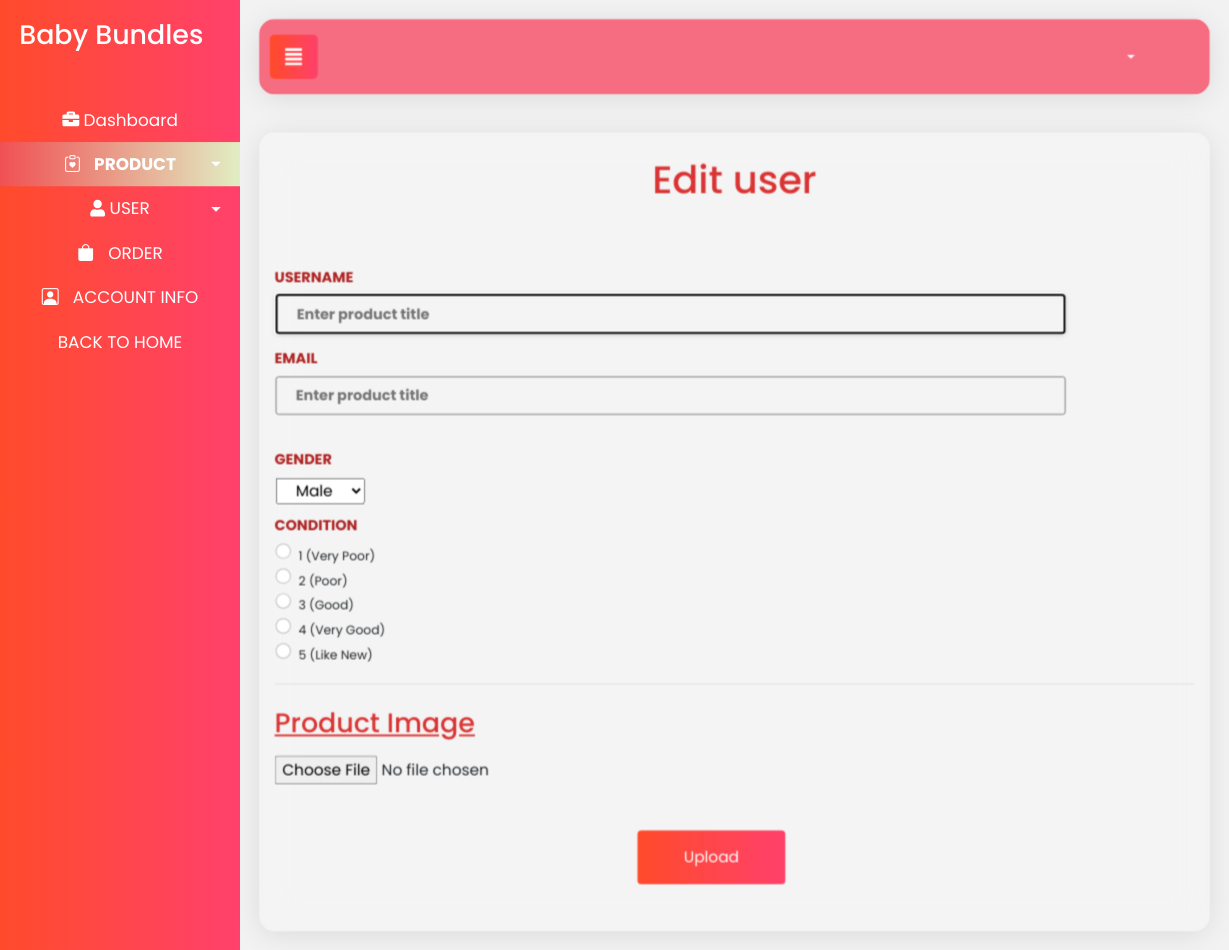
Repository: jiahow99/Baby-Bundles-University
Page: http://localhost/admin-edituser.php
The author's editor kept a copy of each file at every save. The page is drawn from the files as they stood at one save, then again after the next save.
The browser window is 1280 px wide. The pictures show the whole page, at 96% of full size.
Some web libraries are served in a nearby version. The page is run by PHP 8.4 with error messages shown; the project is at /var/www/html/.

Above is the page before, as saved 2022-11-25 00:59:46.

### admin-edituser.php
<!DOCTYPE html>
<html>

<head>
    <meta charset="utf-8">
    <meta name="viewport" content="width=device-width, initial-scale=1.0">
    <meta http-equiv="X-UA-Compatible" content="IE=edge">

    <title>Admin-Product</title>

    <!-- Bootstrap CSS CDN -->
    <link rel="stylesheet" href="https://stackpath.bootstrapcdn.com/bootstrap/4.1.0/css/bootstrap.min.css" integrity="sha384-9gVQ4dYFwwWSjIDZnLEWnxCjeSWFphJiwGPXr1jddIhOegiu1FwO5qRGvFXOdJZ4" crossorigin="anonymous">
    <!-- Our Custom CSS -->
    <link rel="stylesheet" href="css/admin.style.css">

    <!-- Font Awesome JS -->
    <script defer src="https://use.fontawesome.com/releases/v5.0.13/js/solid.js" integrity="sha384-tzzSw1/Vo+0N5UhStP3bvwWPq+uvzCMfrN1fEFe+xBmv1C/AtVX5K0uZtmcHitFZ" crossorigin="anonymous"></script>
    <script defer src="https://use.fontawesome.com/releases/v5.0.13/js/fontawesome.js" integrity="sha384-6OIrr52G08NpOFSZdxxz1xdNSndlD4vdcf/q2myIUVO0VsqaGHJsB0RaBE01VTOY" crossorigin="anonymous"></script>
    <!-- Bootstrap Icon -->
    <link rel="stylesheet" href="https://cdn.jsdelivr.net/npm/bootstrap-icons@1.3.0/font/bootstrap-icons.css">
    <!-- JQuery -->
    <script src="https://code.jquery.com/jquery-3.5.1.min.js"></script>
    <!-- Bootstrap Icon -->
    <link rel="stylesheet" href="https://cdn.jsdelivr.net/npm/bootstrap-icons@1.9.1/font/bootstrap-icons.css" integrity="sha384-xeJqLiuOvjUBq3iGOjvSQSIlwrpqjSHXpduPd6rQpuiM3f5/ijby8pCsnbu5S81n" crossorigin="anonymous">
    <!-- JavaScript Bundle with Popper -->
    <script src="https://cdn.jsdelivr.net/npm/bootstrap@5.2.3/dist/js/bootstrap.bundle.min.js" integrity="sha384-kenU1KFdBIe4zVF0s0G1M5b4hcpxyD9F7jL+jjXkk+Q2h455rYXK/7HAuoJl+0I4" crossorigin="anonymous"></script>
    <link href="http://cdnjs.cloudflare.com/ajax/libs/font-awesome/4.3.0/css/font-awesome.css" rel="stylesheet"  type='text/css'>


</head>

<body>

    <div class="wrapper">
        <!-- Sidebar  -->
        <?php require 'admin-sidebar.php' ?>

        <!-- Page Content  -->
        <div id="content" style="background-color:#F2F2F2">
            <?php require 'admin-topnavbar.php' ?>

            <form class="container glass" id="edit-product">
                <div class="row justify-content-center mt-4 mb-3">
                   <h1 style="color:#da3333">Edit user</h1>
                </div>
                <div class="row mt-5">
                    <label for="" class="name text-uppercase col-12">Username</label>
                    <input class="input--style-6 col-10 ml-3" type="text" name="title" placeholder="Enter product title" required autofocus>
                </div>

                <div class="row mb-4">
                    <label for="" class="name text-uppercase col-12">Email</label>
                    <input class="input--style-6 col-10 ml-3" type="text" name="title" placeholder="Enter product title" required autofocus>
                </div>

                <div class="row">
                    <label for="" class="name text-uppercase col-12">Gender</label>
                    <select class="ml-3 px-3" name="gender" id="gender">
                        <option value="male">Male</option>
                        <option value="female">Male</option>
                    </select>
                </div>

                <div class="row">
                            <!-- Product Condition -->
                            <label for="" class="name text-uppercase col-12">Condition</label>
                                <div class="value ml-3">
                                    <div class="form-check form-check-inline">
                                        <input class="form-check-input" type="radio" name="condition" id="inlineRadio1" value="1">
                                        <label class="form-check-label small" for="inlineRadio1">1 (Very Poor)</label>
                                    </div>
                                    <div class="form-check form-check-inline">
                                        <input class="form-check-input" type="radio" name="condition" id="inlineRadio2" value="2">
                                        <label class="form-check-label small" for="inlineRadio2">2 (Poor)</label>
                                    </div>
                                    <div class="form-check form-check-inline">
                                        <input class="form-check-input" type="radio" name="condition" id="inlineRadio3" value="3">
                                        <label class="form-check-label small" for="inlineRadio3">3 (Good)</label>
                                    </div>
                                    <div class="form-check form-check-inline">
                                        <input class="form-check-input" type="radio" name="condition" id="inlineRadio4" value="4">
                                        <label class="form-check-label small" for="inlineRadio4">4 (Very Good)</label>
                                    </div>
                                    <div class="form-check form-check-inline">
                                        <input class="form-check-input" type="radio" name="condition" id="inlineRadio5" value="5">
                                        <label class="form-check-label small" for="inlineRadio5">5 (Like New)</label>
                                    </div>
                            </div>
                        </div>


                <hr>

                <h3 style="color:#da3333;text-decoration: underline;" class="mb-3 mt-4">Product Image</h3>
                <input type="file" name="image" id="">

                <div class="row justify-content-center my-5 ">
                    <button class="btn btn-primary px-5 py-3 mr-5" type="submit">Upload</button>
                </div>

            </form>
    </div>

    <!-- Popper.JS -->
    <script src="https://cdnjs.cloudflare.com/ajax/libs/popper.js/1.14.0/umd/popper.min.js" integrity="sha384-cs/chFZiN24E4KMATLdqdvsezGxaGsi4hLGOzlXwp5UZB1LY//20VyM2taTB4QvJ" crossorigin="anonymous"></script>
    <!-- Bootstrap JS -->
    <script src="https://stackpath.bootstrapcdn.com/bootstrap/4.1.0/js/bootstrap.min.js" integrity="sha384-uefMccjFJAIv6A+rW+L4AHf99KvxDjWSu1z9VI8SKNVmz4sk7buKt/6v9KI65qnm" crossorigin="anonymous"></script>

    <script type="text/javascript">
        $(document).ready(function () {
            $('#sidebarCollapse').on('click', function () {
                $('#sidebar').toggleClass('active');
                $('#dashboardlabel').toggleClass('d-none');
                $('#userlabel').toggleClass('d-none');
                $('#productlabel').toggleClass('d-none');
                $('#orderlabel').toggleClass('d-none');
                $('#accountlabel').toggleClass('d-none');
                $('#logoutlabel').toggleClass('d-none');
            });
        });
    </script>
</body>

</html>

### admin-sidebar.php
<!-- Sidebar  -->
<nav id="sidebar">
    <div class="sidebar-header">
        <h3>Baby Bundles</h3>
        <strong>BS</strong>
    </div>

    <ul class="list-unstyled components">
        <!-- Dashboard -->
        <li id="sidebar-dashboard">
            <a href="admin-dashboard.php">
                <i class="fas fa-briefcase"></i>
                <span id="dashboardlabel">Dashboard</span>
            </a>
        </li>
        <!-- Product -->
        <li id="sidebar-product">
            <a href="#homeSubmenu" data-toggle="collapse" aria-expanded="false" class="dropdown-toggle">
                <i class="bi bi-clipboard-heart"></i>
                <span id="productlabel">PRODUCT</span>
            </a>
            <ul class="collapse list-unstyled" id="homeSubmenu">
                <li>
                    <a href="admin-addproduct.php">ADD PRODUCT</a>
                </li>
                <li>
                    <a href="admin-viewproduct.php">DELETE PRODUCT</a>
                </li>
                <li>
                    <a href="admin-viewproduct.php">VIEW ALL</a>
                </li>
            </ul>
        </li>
        <!-- User -->
        <li id="sidebar-user">
            <a href="#pageSubmenu" data-toggle="collapse" aria-expanded="false" class="dropdown-toggle">
            <i class="fas fa-solid fa-user"></i>
                <span id="userlabel">USER</span>
            </a>
            <ul class="collapse list-unstyled" id="pageSubmenu">
                <li>
                    <a href="admin-viewuser.php">DELETE USER</a>
                </li>
                <li>
                    <a href="admin-viewuser.php">VIEW USERS</a>
                </li>
            </ul>
        </li>
        <!-- Order -->
        <li id="sidebar-order">
            <a href="admin-vieworder.php">
            <i class="bi bi-bag-fill"></i>
                <span id="orderlabel">ORDER</span>
            </a>
        </li>
        <!-- Account Info -->
        <li>
            <a href="account-info.php">
                <i class="bi bi-person-square"></i>
                <span id="accountlabel">ACCOUNT INFO</span>
            </a>
        </li>
        <!-- Back to home -->
        <li>
            <a href="index.php">
                <span id="logoutlabel">BACK TO HOME</span>
            </a>
        </li>
    </ul>
</nav>

<script>

  // Add 'active' class to navigation
  function activeNav(id){
    var nav = document.getElementById(id);
    nav.classList.add('active');
  }

  var title = document.title;

  switch(title){
    case 'Admin-Product':
      activeNav('sidebar-product');
      break;
    case 'Admin-User':
      activeNav('sidebar-user');
      break;
    case 'Admin-Order':
      activeNav('sidebar-order');
      break;
    case 'Admin-Dashboard':
      activeNav('sidebar-dashboard');
      break;
  }
</script>

### admin-topnavbar.php
<nav class="navbar navbar-expand-lg navbar-light bg-admin">
    <div class="container-fluid pl-0">

        <button type="button" id="sidebarCollapse" class="btn-lg btn-primary">
            <i class="fas fa-align-justify"></i>
            <!-- <span>Toggle Sidebar</span> -->
        </button>
        <button class="btn btn-dark d-inline-block d-lg-none ml-auto" type="button" data-toggle="collapse" data-target="#navbarSupportedContent" aria-controls="navbarSupportedContent" aria-expanded="false" aria-label="Toggle navigation">
            <i class="fas fa-align-justify"></i>
        </button>

        <div class="collapse navbar-collapse" id="navbarSupportedContent">
            <ul class="nav navbar-nav ml-auto">
                <li class="nav-item dropdown mx-lg-3 col-2 col-lg-1" >
                    <a href="#" class="nav-link dropdown-toggle user-account text-white" id="userDropdownMenuLink" data-bs-toggle="dropdown" aria-haspopup="true" aria-expanded="false">
                    <?php
                    // Username
                    if(isset($_COOKIE['username'])){
                        echo $_COOKIE['username'];
                    }
                    ?>
                    </a>
                    <div class="dropdown-menu text-sm " aria-labelledby="userDropdownMenuLink">
                        <a href="account-info.php" class="dropdown-item">Account</a>
                        <a href="index.php" class="dropdown-item">Back to home</a>
                        <a href="logout.php" class="dropdown-item">Logout</a>
                    </div>
                </li>
            </ul>
        </div>
    </div>
</nav>

### css/admin.style.css
/*
    DEMO STYLE
*/

@import "https://fonts.googleapis.com/css?family=Poppins:300,400,500,600,700";

body {
    font-family: 'Poppins', sans-serif;
    background: #fafafa;
}

p {
    font-family: 'Poppins', sans-serif;
    font-size: 1.1em;
    font-weight: 300;
    line-height: 1.7em;
    color: #999;
}

a,
a:hover,
a:focus {
    color: inherit;
    text-decoration: none;
    transition: all 0.3s;
}

.navbar {
    padding: 15px 10px;
    background: #fff;
    border: none;
    border-radius: 0;
    margin-bottom: 40px;
    box-shadow: 1px 1px 3px rgba(0, 0, 0, 0.1);
}

.navbar-btn {
    box-shadow: none;
    outline: none !important;
    border: none;
}

.line {
    width: 100%;
    height: 1px;
    border-bottom: 1px dashed #ddd;
    margin: 40px 0;
}

i,
span {
    display: inline-block;
}

/* ---------------------------------------------------
    SIDEBAR STYLE
----------------------------------------------------- */

.wrapper {
    display: flex;
    align-items: stretch;
}

#sidebar {
    min-width: 250px;
    max-width: 250px;
    background: #FF416C;  /* fallback for old browsers */
    background: -webkit-linear-gradient(to right, #FF4B2B, #FF416C);  /* Chrome 10-25, Safari 5.1-6 */
    background: linear-gradient(to right, #FF4B2B, #FF416C); /* W3C, IE 10+/ Edge, Firefox 16+, Chrome 26+, Opera 12+, Safari 7+ */
    color: #fff;
    transition: all 0.3s;
}

#sidebar.active {
    min-width: 80px;
    max-width: 80px;
    text-align: center;
}

#sidebar.active .sidebar-header h3,
#sidebar.active .CTAs {
    display: none;
}

#sidebar.active .sidebar-header strong {
    display: block;
}

#sidebar ul li a {
    text-align: left;
}

#sidebar.active ul li a {
    padding: 20px 10px;
    text-align: center;
    font-size: 0.85em;
}

#sidebar.active ul li a i {
    margin-right: 0;
    display: block;
    font-size: 1.8em;
    margin-bottom: 5px;
}

#sidebar.active ul ul a {
    padding: 10px !important;
}

#sidebar.active .dropdown-toggle::after {
    top: auto;
    bottom: 10px;
    right: 50%;
    -webkit-transform: translateX(50%);
    -ms-transform: translateX(50%);
    transform: translateX(50%);
}

#sidebar .sidebar-header {
    padding: 20px;
    background: #FF416C;  /* fallback for old browsers */
    background: -webkit-linear-gradient(to right, #FF4B2B, #FF416C);  /* Chrome 10-25, Safari 5.1-6 */
    background: linear-gradient(to right, #FF4B2B, #FF416C); /* W3C, IE 10+/ Edge, Firefox 16+, Chrome 26+, Opera 12+, Safari 7+ */
}

#sidebar .sidebar-header strong {
    display: none;
    font-size: 1.8em;
}

#sidebar ul.components {
    padding: 20px 0;
}

#sidebar ul li a {
    padding: 10px;
    font-size: 1.1em;
    display: block;
    text-align: center;
}

#sidebar ul li a:hover {
    color: #dc1522;
    background: #fff;
    font-weight: bolder;
}

#sidebar ul li a i {
    margin-right: 10px;
}

#sidebar ul li.active>a,
a[aria-expanded="true"] {
    color: #fff;
    background: #e1eec3;  /* fallback for old browsers */
    background: -webkit-linear-gradient(to right, #f05053, #e1eec3);  /* Chrome 10-25, Safari 5.1-6 */
    background: linear-gradient(to right, #f05053, #e1eec3); /* W3C, IE 10+/ Edge, Firefox 16+, Chrome 26+, Opera 12+, Safari 7+ */
    font-weight: bolder;
}

a[data-toggle="collapse"] {
    position: relative;
}

.dropdown-toggle::after {
    display: block;
    position: absolute;
    top: 50%;
    right: 20px;
    transform: translateY(-50%);
}

ul ul a {
    font-size: 0.9em !important;
    padding-left: 30px !important;
    background: #6d7fcc;
}

ul.CTAs {
    padding: 20px;
}

ul.CTAs a {
    text-align: center;
    font-size: 0.9em !important;
    display: block;
    border-radius: 5px;
    margin-bottom: 5px;
}

a.download {
    background: #fff;
    color: #7386D5;
}

a.article,
a.article:hover {
    background: #6d7fcc !important;
    color: #fff !important;
}

/* ---------------------------------------------------
    CONTENT STYLE
----------------------------------------------------- */

#content {
    width: 100%;
    padding: 20px;
    min-height: 100vh;
    transition: all 0.3s;
}

/* ---------------------------------------------------
    MEDIAQUERIES
----------------------------------------------------- */

@media (max-width: 768px) {
    #sidebar {
        min-width: 80px;
        max-width: 80px;
        text-align: center;
        margin-left: -80px !important;
    }
    .dropdown-toggle::after {
        top: auto;
        bottom: 10px;
        right: 50%;
        -webkit-transform: translateX(50%);
        -ms-transform: translateX(50%);
        transform: translateX(50%);
    }
    #sidebar.active {
        margin-left: 0 !important;
    }
    #sidebar .sidebar-header h3,
    #sidebar .CTAs {
        display: none;
    }
    #sidebar .sidebar-header strong {
        display: block;
    }
    #sidebar ul li a {
        padding: 20px 10px;
    }
    #sidebar ul li a span {
        font-size: 0.85em;
    }
    #sidebar ul li a i {
        margin-right: 0;
        display: block;
    }
    #sidebar ul ul a {
        padding: 10px !important;
    }
    #sidebar ul li a i {
        font-size: 1.3em;
    }
    #sidebar {
        margin-left: 0;
    }
    #sidebarCollapse span {
        display: none;
    }
}

#homeSubmenu li a,#pageSubmenu li a{
    background: #ED213A;  /* fallback for old browsers */
    background: -webkit-linear-gradient(to right, #93291E, #ED213A);  /* Chrome 10-25, Safari 5.1-6 */
    background: linear-gradient(to right, #93291E, #ED213A); /* W3C, IE 10+/ Edge, Firefox 16+, Chrome 26+, Opera 12+, Safari 7+ */



}

.btn-primary{
    background: #ffffff;  /* fallback for old browsers */
    background: -webkit-linear-gradient(to right, #FF4B2B, #FF416C);  /* Chrome 10-25, Safari 5.1-6 */
    background: linear-gradient(to right, #FF4B2B, #FF416C); /* W3C, IE 10+/ Edge, Firefox 16+, Chrome 26+, Opera 12+, Safari 7+ */
    border: 0;
    cursor: pointer;
}

.glass{
/* From https://css.glass */
background: rgba(255, 255, 255, 0.18);
border-radius: 16px;
box-shadow: 0 4px 30px rgba(0, 0, 0, 0.1);
backdrop-filter: blur(20px);
-webkit-backdrop-filter: blur(20px);
border: 1px solid rgba(255, 255, 255, 0.13);
}

.input--style-6, .textarea--style-6 {
    background: transparent;
    line-height: 38px;
    border: 1px solid #7b7676;
    -webkit-border-radius: 3px;
    -moz-border-radius: 3px;
    border-radius: 3px;
    color: #666;
    font-size: 15px;
    font-weight: bold;
    -webkit-transition: all 0.4s ease;
    -o-transition: all 0.4s ease;
    -moz-transition: all 0.4s ease;
    transition: all 0.4s ease;
    padding: 0 20px;
}

.input--style-6:focus,
.textarea--style-6:focus {
  -webkit-box-shadow: 0px 1px 5px 0px rgba(0, 0, 0, 0.15);
  -moz-box-shadow: 0px 1px 5px 0px rgba(0, 0, 0, 0.15);
  box-shadow: 0px 1px 5px 0px rgba(0, 0, 0, 0.15);
  -webkit-transform: translateY(-3px);
  -moz-transform: translateY(-3px);
  -ms-transform: translateY(-3px);
  -o-transform: translateY(-3px);
  transform: translateY(-3px);
  border: 2px solid #7b7676;

}

.name{
    width: 188px;
  color: rgb(175, 33, 33);
  font-size: 15px;
  font-weight: 700;
  margin-top: 11px;
  font-family: "Poppins", sans-serif;
}

.form-check {
    display: block;
    min-height: 1.5rem;
    padding-left: 1.5em;
    margin-bottom: 0.125rem;
}

.form-check .form-check-input {
float: left;
margin-left: -1.5em;
}

.form-check-input {
width: 1em;
height: 1em;
margin-top: 0.25em;
vertical-align: top;
background-color: #fff;
background-repeat: no-repeat;
background-position: center;
background-size: contain;
border: 1px solid rgba(0, 0, 0, 0.25);
-webkit-appearance: none;
-moz-appearance: none;
appearance: none;
-webkit-print-color-adjust: exact;
color-adjust: exact;
}

.form-check-input[type="checkbox"] {
border-radius: 0.25em;
}

.form-check-input[type="radio"] {
border-radius: 50%;
}

.form-check-input:active {
filter: brightness(90%);
}

.form-check-input:focus {
border-color: #ed9999;
outline: 0;
box-shadow: 0 0 0 0.25rem rgba(218, 51, 51, 0.25);
}

.form-check-input:checked {
background-color: #da3333;
border-color: #da3333;
}

.form-check-input:checked[type="checkbox"] {
background-image: url("data:[embedded picture, 214 characters]");
}

.form-check-input:checked[type="radio"] {
background-image: url("data:[embedded picture, 126 characters]");
}

.form-check-input[type="checkbox"]:indeterminate {
background-color: #da3333;
border-color: #da3333;
background-image: url("data:[embedded picture, 208 characters]");
}

.form-check-input:disabled {
pointer-events: none;
filter: none;
opacity: 0.5;
}

.form-check-input[disabled] ~ .form-check-label, .form-check-input:disabled ~ .form-check-label {
opacity: 0.5;
}

.form-switch {
padding-left: 2.5em;
}

.form-switch .form-check-input {
width: 2em;
margin-left: -2.5em;
background-image: url("data:[embedded picture, 143 characters]");
background-position: left center;
border-radius: 2em;
transition: background-position 0.15s ease-in-out;
}

.user{
    color: black;
    font-weight: bold;
}

.user-row{
    border: 1px solid black;
}

.bg-admin{
/* From https://css.glass */
background: rgba(248, 40, 70, 0.66);
border-radius: 16px;
box-shadow: 0 4px 30px rgba(0, 0, 0, 0.1);
backdrop-filter: blur(6.9px);
-webkit-backdrop-filter: blur(6.9px);
border: 1px solid rgba(248, 40, 70, 0.3);
}

After the next save:
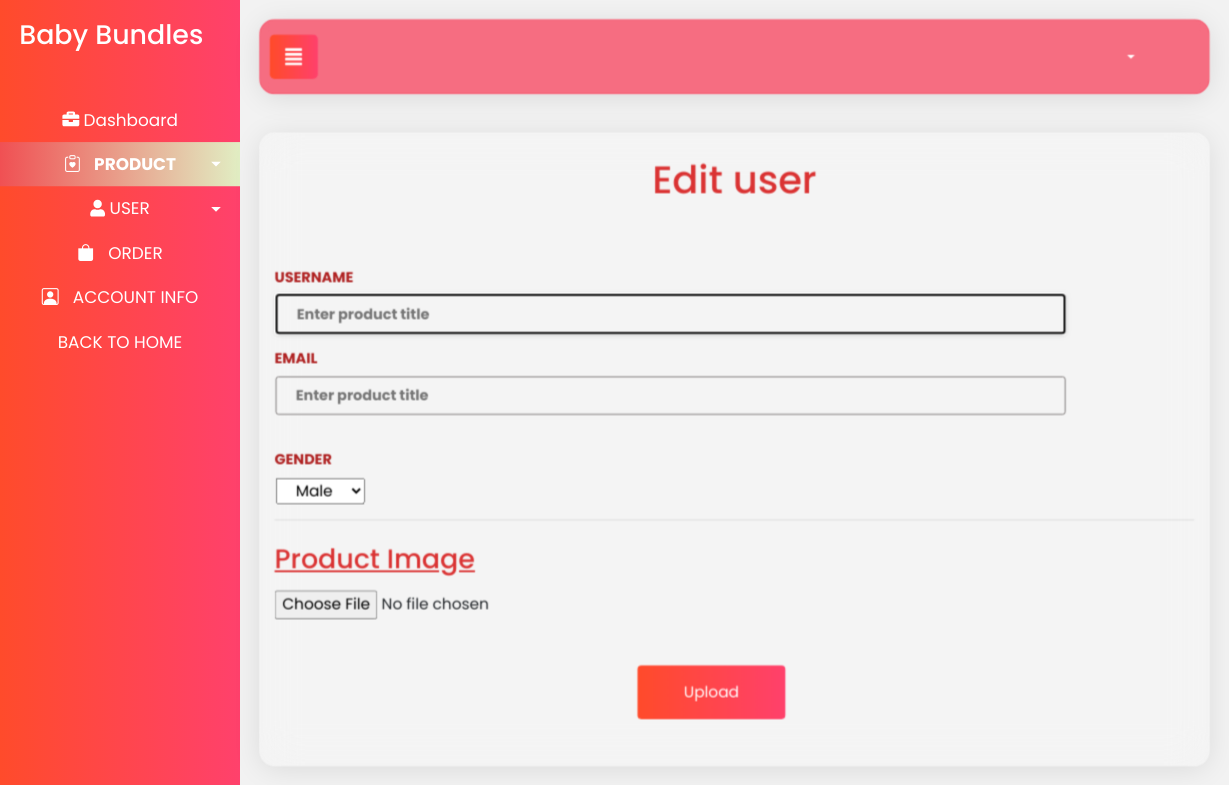
Saved 17 s later.
--- a/admin-edituser.php
+++ b/admin-edituser.php
@@ -62,31 +62,8 @@
                 </div>
 
                 <div class="row">
-                            <!-- Product Condition -->
-                            <label for="" class="name text-uppercase col-12">Condition</label>
-                                <div class="value ml-3">
-                                    <div class="form-check form-check-inline">
-                                        <input class="form-check-input" type="radio" name="condition" id="inlineRadio1" value="1">
-                                        <label class="form-check-label small" for="inlineRadio1">1 (Very Poor)</label>
-                                    </div>
-                                    <div class="form-check form-check-inline">
-                                        <input class="form-check-input" type="radio" name="condition" id="inlineRadio2" value="2">
-                                        <label class="form-check-label small" for="inlineRadio2">2 (Poor)</label>
-                                    </div>
-                                    <div class="form-check form-check-inline">
-                                        <input class="form-check-input" type="radio" name="condition" id="inlineRadio3" value="3">
-                                        <label class="form-check-label small" for="inlineRadio3">3 (Good)</label>
-                                    </div>
-                                    <div class="form-check form-check-inline">
-                                        <input class="form-check-input" type="radio" name="condition" id="inlineRadio4" value="4">
-                                        <label class="form-check-label small" for="inlineRadio4">4 (Very Good)</label>
-                                    </div>
-                                    <div class="form-check form-check-inline">
-                                        <input class="form-check-input" type="radio" name="condition" id="inlineRadio5" value="5">
-                                        <label class="form-check-label small" for="inlineRadio5">5 (Like New)</label>
-                                    </div>
-                            </div>
-                        </div>
+
+                </div>
 
 
                 <hr>
